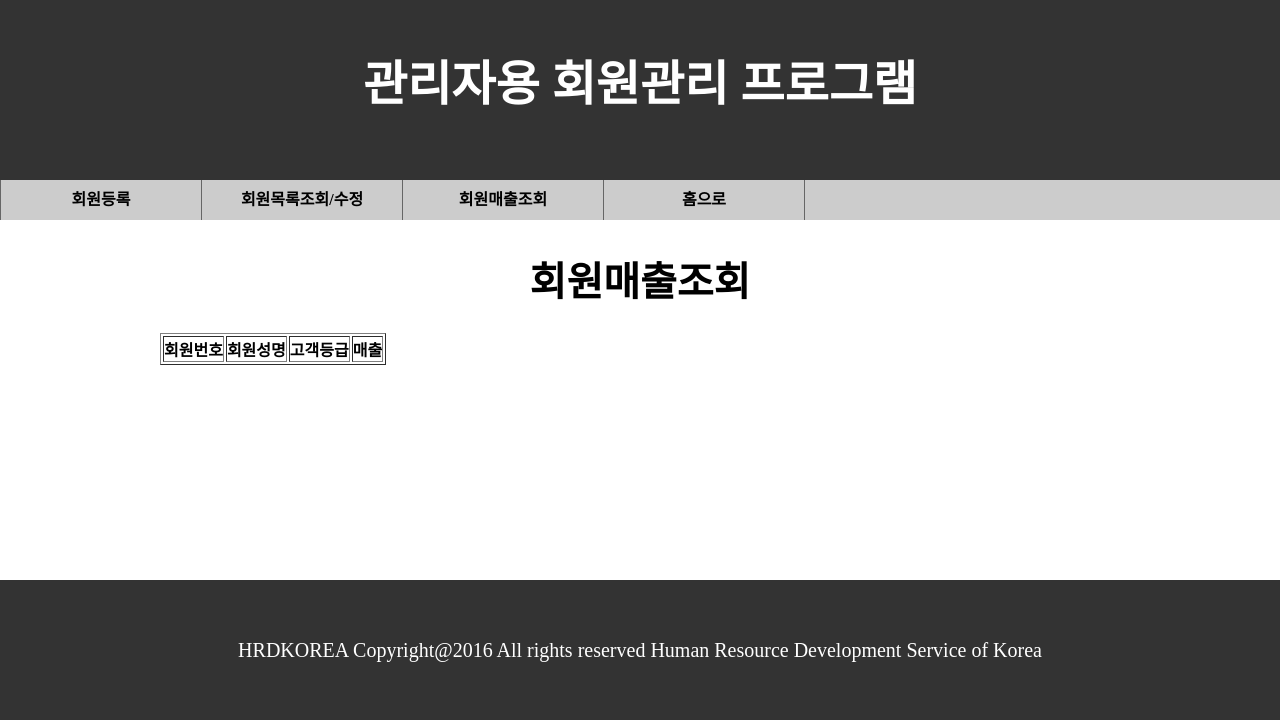
Repository: jsky1234/NCS
Page: http://localhost/HRD_1/memberSearch.jsp
The author's editor kept a copy of each file at every save. The page is drawn from the files as they stood at one save, then again after the next save.
The browser window is 1280 px wide. The pictures show the whole page.
The page is served by Tomcat 9. Queries for data that is not in the repository find no rows.

Above is the page before, as saved 2020-11-11 02:42:40.

### ncs1/HRD_1/WebContent/memberSearch.jsp
<%@ page language="java" contentType="text/html; charset=UTF-8"
    pageEncoding="UTF-8"%>
<%@ page import="java.sql.PreparedStatement" %>
<%@ page import="java.sql.DriverManager" %>
<%@ page import="java.sql.Connection" %>
<%@ page import="java.sql.ResultSet" %>
<%@ page import="DBPKG.DBcon" %>
<%@ page import="java.util.*, java.text.*" %>
<%@ include file="admin_header.jsp" %>
<style>
.main_help { width: 960px; margin: 25px auto;}
</style>
<%@ include file="admin_nav.jsp" %>
<main class="content">
	<section class="page" id="page1">
		<h2 class="page_tit">회원매출조회</h2>
		<div class="main_help">
			<table class="tb" border="1" cellpadding="10">
				<thead>
					<tr>
						<th class="custno">회원번호</th>
						<th class="custname">회원성명</th>
						<th class="grade">고객등급</th>
						<th class="total">매출</th>
					</tr>
				</thead>
				<tbody>
				<%
				request.setCharacterEncoding("utf-8");

				DBcon db;
				Connection conn = null;
				PreparedStatement pstmt = null;
				ResultSet rs;
				String custno, custname, grade, total;

				try {
					conn = DBcon.getConnection();
					String sql = "SELECt a.custno, a.custname, a.grade, sum(b.price) AS total ";
					sql += "FROM member_tbl_02 a ";
					sql += "JOIN money_tbl_02 b ON a.custno = b.custno ";
					sql += "GROUP BY (a.custno, a.custname, a.grade) ";
					sql += "ORDER BY total DESC";

					pstmt = conn.prepareStatement(sql);
					rs = pstmt.executeQuery();

					while(rs.next()) {
						custno = rs.getString("custno");
						custname = rs.getString("custname");
						grade = rs.getString("grade");
						total = rs.getString("total");

						switch(grade) {
							case "A" : grade = "VIP"; break;
							case "B" : grade = "일반"; break;
							case "C" : grade = "직원"; break;
						}
				%>
					<tr>
						<td class="custno"><%=custno %></td>
						<td class="custname"><%=custname %></td>
						<td class="grade"><%=grade %></td>
						<td class="total"><%=total %></td>
					</tr>
					<%
					}
					%>
				</tbody>
			</table>
				<%
				} catch(Exception e) {
					System.out.println("DB Connection error : "+e);
				%>
				<script>
				alert("데이트베이스 연결에 실패하여 작업을 완료하지 못했습니다.");
				location.href = "memberIns.jsp";
				</script>
				<%
				} finally {
					try {
						if(pstmt != null) pstmt.close();
						if(conn != null) conn.close();
				%>
				<script>
				alert("회원매출정보가 정상적으로 조회되었습니다.;")
				</script>
				<%
					} catch(Exception e) {
						//핸들에러 프린트
						System.out.println("DB Close error : "+e);
					}
				}
				%>
		</div>
	</section>
</main>
<%@ include file="admin_footer.jsp" %>

### ncs1/HRD_1/WebContent/admin_header.jsp
<%@ page language="java" contentType="text/html; charset=UTF-8"
    pageEncoding="UTF-8"%>
<!DOCTYPE html>
<html>
<head>
<meta charset="UTF-8">
<link rel="stylesheet" href="./css/main.css" />
<title>관리자 모드</title>
</head>
<body>
<header class="hd">
	<h2 class="tit">관리자용 회원관리 프로그램</h2>
</header>

### ncs1/HRD_1/WebContent/admin_nav.jsp
<%@ page language="java" contentType="text/html; charset=UTF-8"
    pageEncoding="UTF-8"%>
<nav class="gnb">
	<ul>
		<li><a href="memberIns.jsp">회원등록</a></li>
		<li><a href="">회원목록조회/수정</a></li>
		<li><a href="memberSearch.jsp">회원매출조회</a></li>
		<li><a href="admin.jsp">홈으로</a></li>
	</ul>
</nav>

### ncs1/HRD_1/WebContent/admin_footer.jsp
<%@ page language="java" contentType="text/html; charset=UTF-8"
    pageEncoding="UTF-8"%>
<footer class="ft">
	<div class="ft_wrap">
		<div class="admin_copy">
			<p class="copyright">HRDKOREA Copyright@2016 All rights reserved Human Resource Development Service of Korea</p>
		</div>
	</div>
</footer>
</body>
</html>

### ncs1/HRD_1/src/DBPKG/DBcon.java
package DBPKG;

import java.sql.Connection;
import java.sql.DriverManager;
import java.sql.SQLException;

public class DBcon {
	public static Connection getConnection() throws Exception{
		Class.forName("oracle.jdbc.OracleDriver");
		Connection con = DriverManager.getConnection("jdbc:oracle:thin:@//localhost:1521/xe", "sky", "1234");
		return con;
	}
}

### ncs1/HRD_1/WebContent/css/main.css
@charset "UTF-8";

* { margin: 0; padding: 0; }
body, html { width: 100%; height: 100%; }
ul { list-style : none; }
a { text-decoration: none; }
button, label, input { outline: 0; border: 0;  }
img { border: 0; }
ol { padding: 30px; }

.hd { clear: both; min-height: 180px; background-color: #333; }
.tit { font-size: 48px; text-align: center; line-height: 140px; color: #fff; padding-top: 15px;}
.gnb { clear: both; height: 40px; background-color: #cccccc; }
.gnb li { float: left; min-width: 120px; width: auto; }
.gnb a { display:block; text-align: center; line-height: 40px; width: 200px; height: 40px; color: #000000; font-weight: 700; border-left: 1px solid #666666; }
.gnb li:last-child { border-right: 1px solid #666666; }

.page { clear: both; padding: 30px 0 30px 0; }
.page_tit { text-align: center; font-size: 40px; }
.item_tit1 { font-size: 24px; margin-top: 30px; }
.item_tit2 { font-size: 18px; margin-top: 40px;}

.ft { clear: both; position: absolute;  width: 100%; bottom: 0; min-height:80px; height: 140px; background-color: #333; }
.copyright { color: #fff; font-size: 20px; text-align: center; margin-top: 20px; line-height: 100px;}

After the next save:
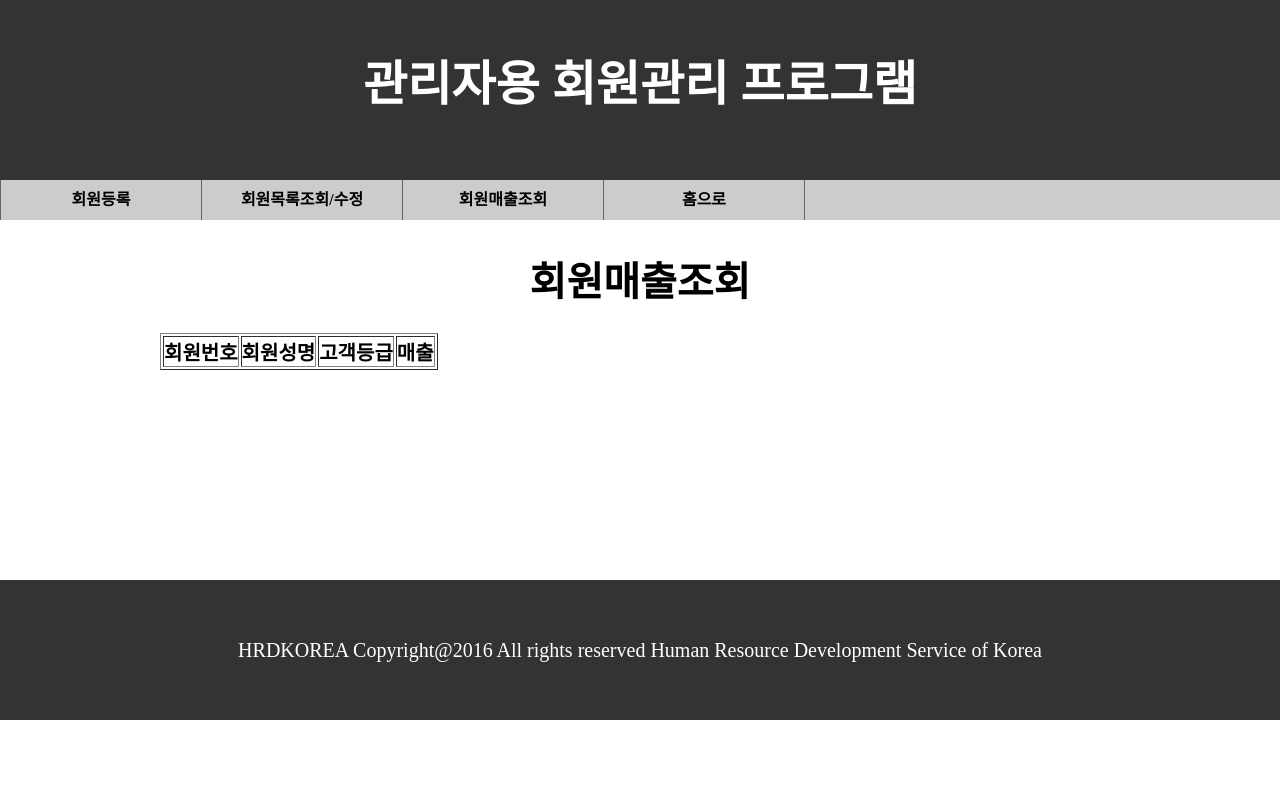
Saved 69 s later.
--- a/ncs1/HRD_1/WebContent/memberSearch.jsp
+++ b/ncs1/HRD_1/WebContent/memberSearch.jsp
@@ -8,7 +8,8 @@
 <%@ page import="java.util.*, java.text.*" %>
 <%@ include file="admin_header.jsp" %>
 <style>
-.main_help { width: 960px; margin: 25px auto;}
+.main_help { width: 960px; margin: 25px auto; font-size: 20px; min-height: 410px; }
+.main_help ol { padding-top: 5px; }
 </style>
 <%@ include file="admin_nav.jsp" %>
 <main class="content">
